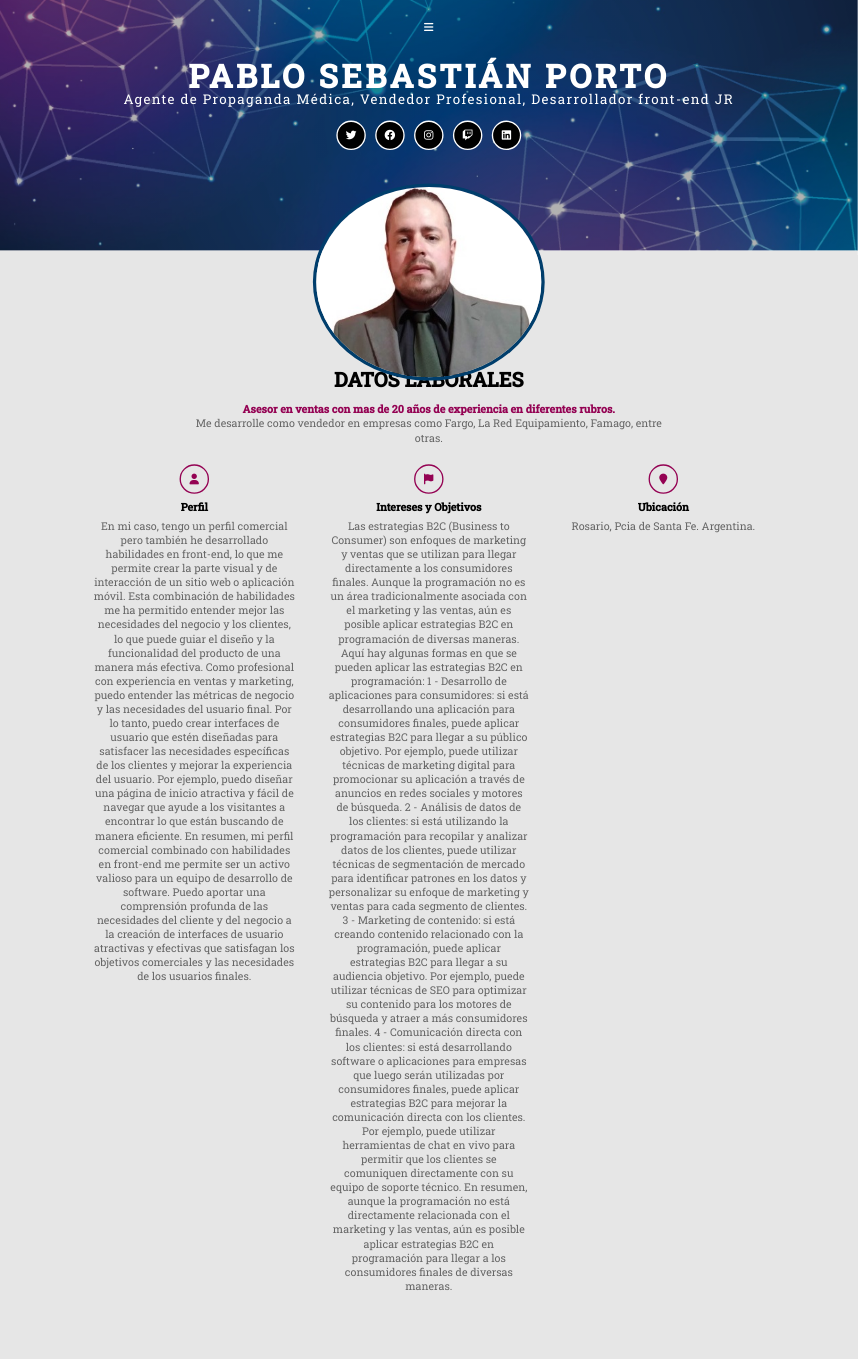
Repository: PabloSebastianPorto/Entrega-CV-1-ARG-PROG
Page: CVFINAL/CVfinal.HTML
The author's editor kept a copy of each file at every save. The page is drawn from the files as they stood at one save, then again after the next save.
The browser window is 1280 px wide. The pictures show the whole page, at 67% of full size.
Some web libraries are served in a nearby version.

Above is the page before, as saved 2023-02-26 21:16:05.

After the next save:
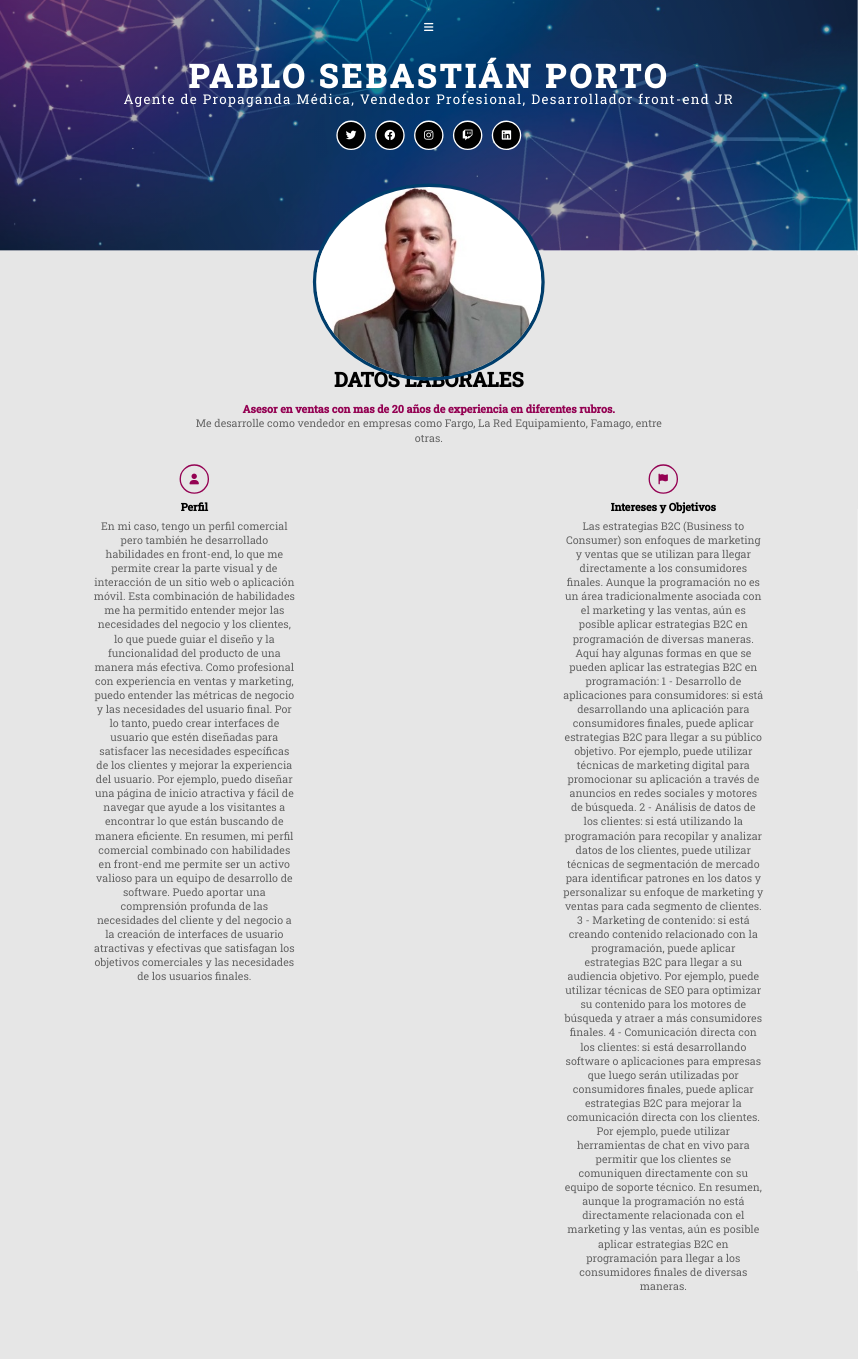
Saved 30 min 29 s later.
--- a/CVFINAL/CVfinal.HTML
+++ b/CVFINAL/CVfinal.HTML
@@ -126,11 +126,6 @@
               finales de diversas maneras.
             </p>
           </div>
-          <div class="col">
-            <i class="fa-solid fa-location-pin"></i>
-            <span class="titulo-detalle">Ubicación</span>
-            <p>Rosario, Pcia de Santa Fe. Argentina.</p>
-          </div>
         </div>
       </div>
     </section>
